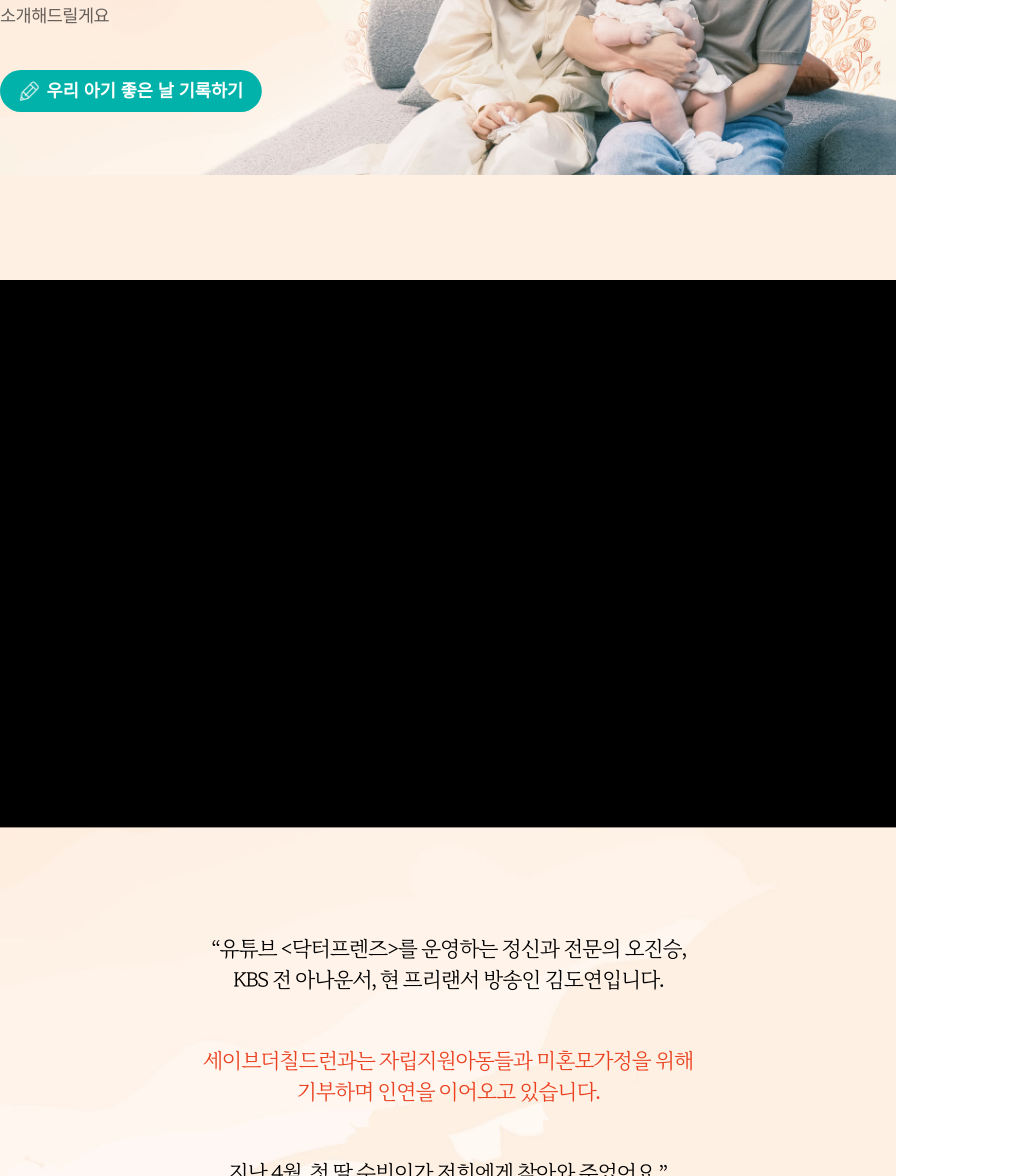
Repository: dlgywls1130/saveTheChildren
Page: index.html
An editor plug-in stored every save of this project. The page is shown before and after the next save, followed by the edit.
The browser window is 1280 px wide. The page is 1459 px wide, so the pictures cover 1459 px, including what lies to the right of the window. The pictures show the part of the page from y = 470 to 2150 px (the page is 10712 px tall before and 10562 px after), at 70% of full size.
Some web fonts or font styles are not loaded; a fallback is used. The style sheet was rebuilt from its Sass, Less or Tailwind sources for each picture, by a compiler version that may differ from the author's.

Above is the page before, as saved 2024-11-01 23:34:42.

### index.html
<!DOCTYPE html>
<html lang="en">
<head>
    <meta charset="UTF-8">
    <meta name="viewport" content="width=device-width, initial-scale=1.0">
    <title>Document</title>

    <link rel="stylesheet" href="./css/common.css">
</head>
<body>

    <!-- main -->
    <section class="main_container">
        <div class="container">
            <div class="logo_title mb-60">
                <img src="./images/logo.png" alt="logo">
                <p>우리 아기 좋은 날 기부</p>
            </div>

            <p class="sub_title mb-30">
                의사 오진승, 아나운서 김도연 가족과 함께하는
            </p>

            <h2 class="mb-50">우리 아기<br>좋은 날 일기</h2>

            <p class="sub_span_text mb-40">
                여러분은 자녀의 소중한 순간을<br>
                어떻게 기념 하시나요?
            </p>

            <p class="sub_descript mb-60">
                보통 사진을 찍고 영상을 남기는 분들이 많으실 거에요. <br>
                <span>소중한 날을 특별하게 기념하는 방법</span>을<br>
                소개해드릴게요
            </p>

            <a href="#" class="record_btn">
                <img src="/images/pencle.png" alt="pencle">
                <p>우리 아기 좋은 날 기록하기</p>
            </a>
        </div>
    </section>

    <!-- 스토리섹션 -->

    <section class="story_section">
        <div class="container py-150">

            <!-- 영상 -->
            <div class="video_container mb-150">
                <video></video>
            </div>

            <div class="story_01">
                <p class="s01 mb-70">
                    “유튜브 <닥터프렌즈>를 운영하는 정신과 전문의 오진승,
                    <br>KBS 전 아나운서, 현 프리랜서 방송인 김도연입니다.
                </p>

                <p class="s01_1 mb-70">
                    세이브더칠드런과는 자립지원아동들과 미혼모가정을 위해
                    <br>기부하며 인연을 이어오고 있습니다.
                </p>

                <p class="s01_2 mb-70">
                    지난 4월, 첫 딸 수빈이가 저희에게 찾아와 주었어요.”
                </p>

                <img src="/images/s1_1.png" alt="story">
            </div>


            <div class="story_02 mb-150">
                <div class="story_02_01">
                    <div class="story_image">
                        <img src="/images/s2_1.png" alt="stroy">
                    </div>
                    <div class="story_text-contain py-150">
                        <p class="story_text_01 mb-50">
                            아이가 태어나고 많은 것이 바뀌었습니다.
                        </p>
                        <p class="story_text_02 mb-50">
                            사실 저는 아이를 좋아하는 편은 아니었어요.
                            <br>하지만 낳고 처음 마주하는 순간, 생각했어요.
                        </p>
                        <p class="story_text_03 mb-50">
                            ‘천년의 사랑이 시작되었다.’
                        </p>

                        <p class="story_text_04">
                            지금은 힘들어도 아이 얼굴만 보면 웃음이 나와요.
                        </p>
                    </div>


                </div>
            </div>

            <div class="story_03 mb-200">
                <div class="story_03_01">
                    <div class="story_text-contain py-150">
                        <p class="story_text_01 mb-100">
                            자신의 자녀를 볼 때 나오는
                            <br>도파민의 양이
                            <br>마음에 드는 이성을 보았을 때
                            <br>나오는 도파민 양의 10배나 된대요.
                        </p>
                        <p class="story_text_02 mb-60">
                            저는 현재에 안주하며 사는 편이었는데,
                            <br>딸이 태어난 후부터 삶에 대해 더 고민하며
                            <br>잘하려고 노력하게 되더라구요.
                        </p>
                        <p class="story_text_03">
                            아이가 삶의 원동력이 된 셈이죠.
                        </p>

                    </div>

                    <div class="story_image">
                        <img src="/images/s3_1.png" alt="stroy">
                    </div>



                </div>
            </div>

            <div class="story_04">
                <div class="story04_01 mb-150">

                    <div class="story_image">
                        <img src="/images/s4_1.png" alt="stroy">
                    </div>

                    <div class="story_text-contain py-100">
                        <p class="story_text_01 mb-60">
                            요즘은 수빈이와 함께
                            <br>놀이터 갈 날을
                            <br>손꼽아 기다리고 있어요.
                        </p>
                        <p class="story_text_02">
                            아직 말귀도 못 알아듣는 아이한테
                            <br>“너 언제 커서 아빠랑 놀이터 갈래?”
                            <br>묻고는 하죠.
                        </p>

                    </div>

                </div>

                <div class="story04_02 mb-200">

                    <div class="story_text-contain pt-30">
                        <p class="story_text_01 mb-50">
                            한편으로는 아이를 정신없이 키우다 보니
                            <br>탄생의 순간이 희미해지고 있었어요.
                        </p>
                        <p class="story_text_02">
                            우리 아기 좋은 날 캠페인에 참여해서
                            <br>직접 <span>기념일 이야기를 담은 후원감사증서</span>를 받아보니,
                            <br>그때 생각이 나서 너무 좋았어요.
                        </p>

                    </div>

                    <div class="story_image">
                        <img src="/images/s4_2.png" alt="stroy">
                    </div>

                </div>
            </div>

            <div class="story_05">
                <div class="story_05_01 pt-120 pb-60 px-60 mb-150">
                    <div class="img_story">
                        <img src="/images/s5_1.png">
                    </div>
                    <div class="story_text">
                        “아이가 건강하게 발달단계를 해내는
                        <br>소중한 순간에 기부를 하면
                        <br>수빈이가 더 건강하고,행복하게
                        <br>자라게 되지 않을까요?
                        <br>
                        <br>소중한 순간마다 기부하고
                        <br>앨범처럼 남겨서 보여주면
                        <br>자랑스러운 부모가 될 것 같아요”
                    </div>
                </div>

                <div class="story_05_02 px-60 mb-200">

                    <div class="story_text">
                        “저는 칭찬 받거나 스스로에게 자부심을
                        <br>느낀 순간은 오래 기억된다고 생각해요.
                        <br>
                        <br>내 아이에게 ‘네가 첫 양치질을 잘 해낸
                        <br>기념으로  다른 친구를 도왔어.’ 라고
                        <br>말해준다면 그 뿌듯함을 밑거름으로
                        <br>자기 자신과 다른 사람 모두 사랑할 수 있는
                        <br>아이로 성장하지 않을까요?”
                    </div>

                    <div class="img_story">
                        <img src="/images/s5_2.png">
                    </div>

                </div>


                <div class="middle_cotain ">
                    <p class="mb-70">첫 걸음마, 첫돌, 처음 엄마 아빠를 부른 날, 처음 비를 맞아본 날,
                    <br>처음 놀이터에 간 날, 그 소중한 순간을 기부로 기록해 보세요.</p>

                    <p class="mb-200">후원해주신 모든 분들께 직접 작성한 기념일 이야기가 담긴 <span>후원감사증서</span>를 드리며,
                    <br>30만원 이상 후원해 주신 분들께는 이름을 수놓은 <span>순면거즈블랭킷</span>을 증정하고 있습니다. </p>

                    <div class="middle_image mb-100">
                        <div class="middel_left">
                            <img src="/images/s6_1.png">
                        </div>
                        <div class="middel_right">
                            <img src="/images/s6_2.png">
                        </div>

                        <a href="#">
                            <img src="/images/floating.png" class="float_image">
                        </a>

                    </div>


                    <a href="#" class="record_btn">
                        <img src="/images/pencle.png" alt="pencle">
                        <p>우리 아기 좋은 날 기록하기</p>
                    </a>
                </div>



            </div>

        </div>


    </section>

    <!-- 후원신청 과정 -->

    <section class="sponsor_section">
        <div class="container">

            <div class="sponsor-container">
                <h2>후원신청 과정</h2>

                <div class="sponsor_list">
                    <div class="sponsor_list_inner">
                        <div class="list-inner-img">
                            <img src="">
                        </div>
                        <p>후원신청하기</p>

                    </div>
                    <span class="arrow-img"><img src=""></span>
                    <div class="sponsor_list_inner">
                        <div class="list-inner-img">
                            <img src="">
                        </div>
                        <p>후원감사증서<br>메시지 적기</p>

                    </div>
                    <span class="arrow-img"><img src=""></span>
                    <div class="sponsor_list_inner">
                        <div class="list-inner-img">
                            <img src="">
                        </div>
                        <p>신청완료</p>

                    </div>
                    <span class="arrow-img"><img src=""></span>
                    <div class="sponsor_list_inner">
                        <div class="list-inner-img">
                            <img src="">
                        </div>
                        <p>후원감사증서 발송<br>(1주일이내)</p>

                    </div>
                </div>

                <p class="info-span">30만원 이상 후원자 분들께는 순면거즈블랭킷 제작을 위한 문자가 별도 발송됩니다. (후원 2-3일 이내)</p>
            </div>


            <div class="sponsor-inner">
                <h2>후원금, 이렇게 쓰여요!</h2>

                <p>
                    세이브더칠드런은 국내외 아동을 대상으로
                    생계지원, 의료지원,  영유아용품지원, 재해재난 상황에서의
                    긴급구호 등의 활동을 진행하고 있습니다.

                    보내주신 후원금은 정치, 종교, 인종에 관계없이
                    모든 아이들을 구해야 한다는  세이브더칠드런의 신념에 따라
                    가장 도움 필요한 아이를 위해 우선 사용됩니다.

                </p>

                <img src="/images/baby.png">
            </div>
        </div>

    </section>

    <!-- faq -->
    <section class="faq_section">
        <div class="container">
            <h2>FAQ</h2>

            <ul class="faq_list">
                <li>
                    <div class="faq_question">
                        <img src="/images/leaves.png">
                        <p>30만원 이상 후원했습니다. 거즈 순면 블랭킷은 언제 오나요?</p>
                    </div>
                    <div class="faq_answer">
                        우리 아기 좋은 날 기부로 30만원 이상 후원자님들께는 담요에 수놓을 아기 이름과 선물 수령 주소
                        확인을 위한 문자가 발송됩니다. 02-6900-4479로 발송되는 문자 속 설문조사에 답해주세요.
                        확인을 완료하신 분들께는 블랭킷 제작을 담당하고 있는 조니 스튜디오에서 아기 이름 자수
                        작업 완료 후 배송해 드립니다.

                    </div>
                </li>
                <li>
                    <div class="faq_question">
                        <img src="/images/leaves.png">
                        <p>순면 거즈 블랭킷, 안전한 제품인가요? </p>
                    </div>
                    <div class="faq_answer">
                        본 블랭킷은 워싱된 3중 거즈로 제작되었으며, KC안전검사를 완료하였습니다.
                        소재 특성상 섬유 조각이 발생할 수 있어 망에 넣지 않고 3번 정도 물빨래 하시는 것을 권장합니다.

                    </div>
                </li>
                <li>
                    <div class="faq_question">
                        <img src="/images/leaves.png">
                        <p>순면 거즈 블랭킷을 받았는 데 하자가 있어요. 어떻게 해야 하나요? </p>
                    </div>
                    <div class="faq_answer">
                        물품에 동봉된 조니스튜디오 연락처로 연락 부탁드립니다. 하자 물품에 대한 교환은 수령일로부터
                        7일 이내에 조니스튜디오에 연락해주셔야 하며, 이로 인한 후원금 환불은 어렵습니다.

                    </div>
                </li>
                <li>
                    <div class="faq_question">
                        <img src="/images/leaves.png">
                        <p>후원감사증서에 넣을 수 있는 사진 사이즈는 얼마인가요?</p>
                    </div>
                    <div class="faq_answer">
                        사진 인화 사이즈 5*7 인치에 맞추어서 제작되었습니다.  그보다 작은 사진일 경우,
                        후원감사증서  내부의 주머니에 넣어 보관하실 수도  있습니다.

                    </div>
                </li>
            </ul>
        </div>
    </section>
</body>
</html>

Loaded but not shown: css/common.scss (764 lines, source omitted)

After the next save:
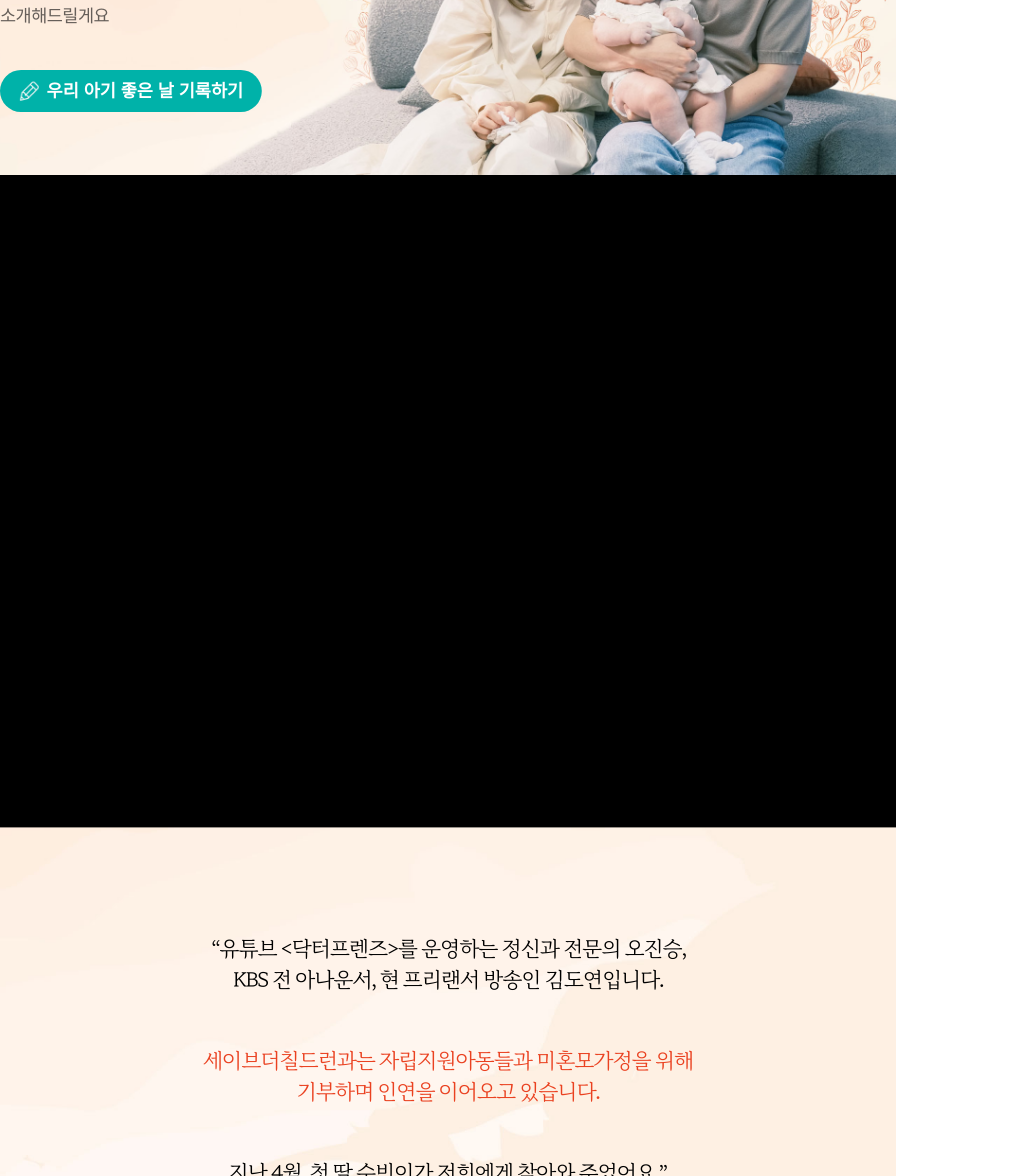
Saved 5 min 44 s later.
--- a/index.html
+++ b/index.html
@@ -44,10 +44,10 @@
     <!-- 스토리섹션 -->
 
     <section class="story_section">
-        <div class="container py-150">
+        <div class="container">
 
             <!-- 영상 -->
-            <div class="video_container mb-150">
+            <div class="video_container mb-150 pt-150">
                 <video></video>
             </div>
 
